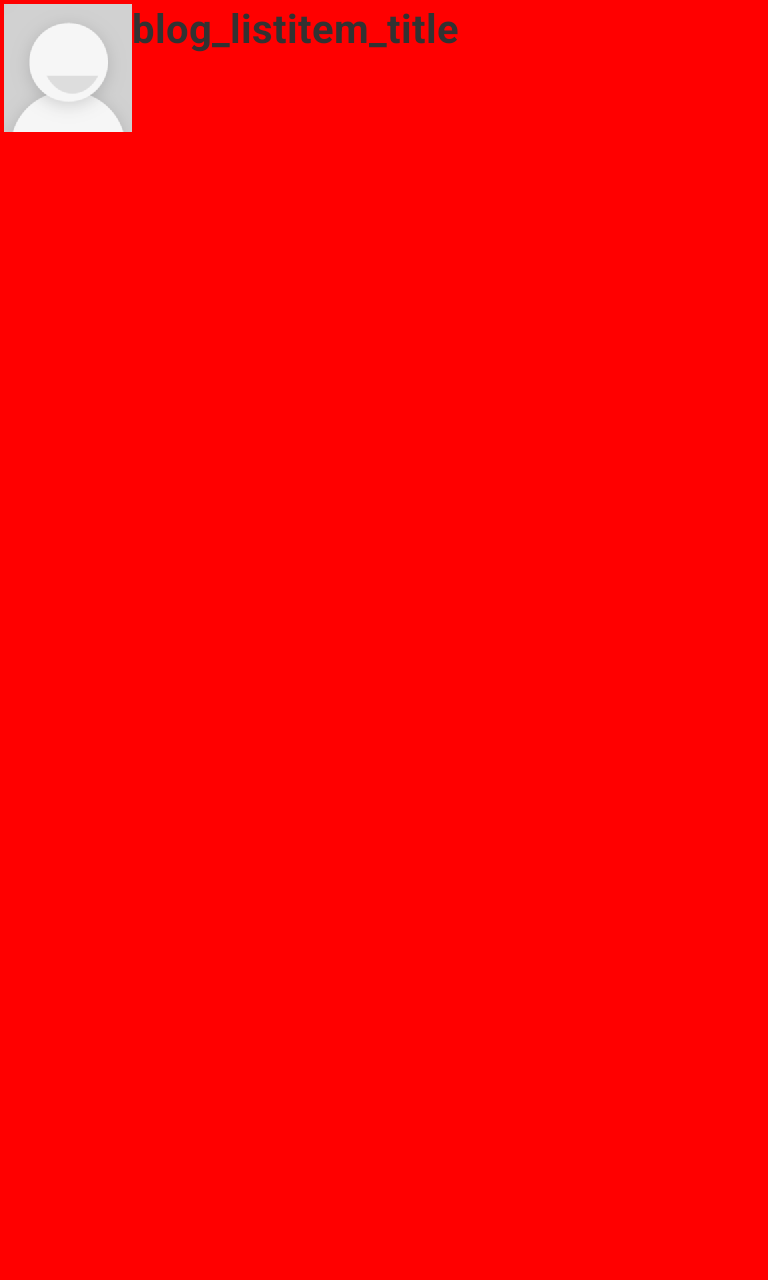
Repository: DeKaaskop/Android_1
Layout: Blogger_Inholland/res/layout/blog_listitem.xml
The author's editor kept a copy of each file at every save. The layout is drawn from the files as they stood at one save, then again after the next save.
It is drawn on a 768 x 1280 px phone screen (xhdpi) without system bars, with theme AppTheme; the app's code is not run. The app's manifest (not shown) leaves right-to-left support off. So textAlignment, textDirection and layoutDirection are ignored, and left and right values win over start and end ones.

Above is the layout before, as saved 2015-01-26 21:56:29.

After the next save:
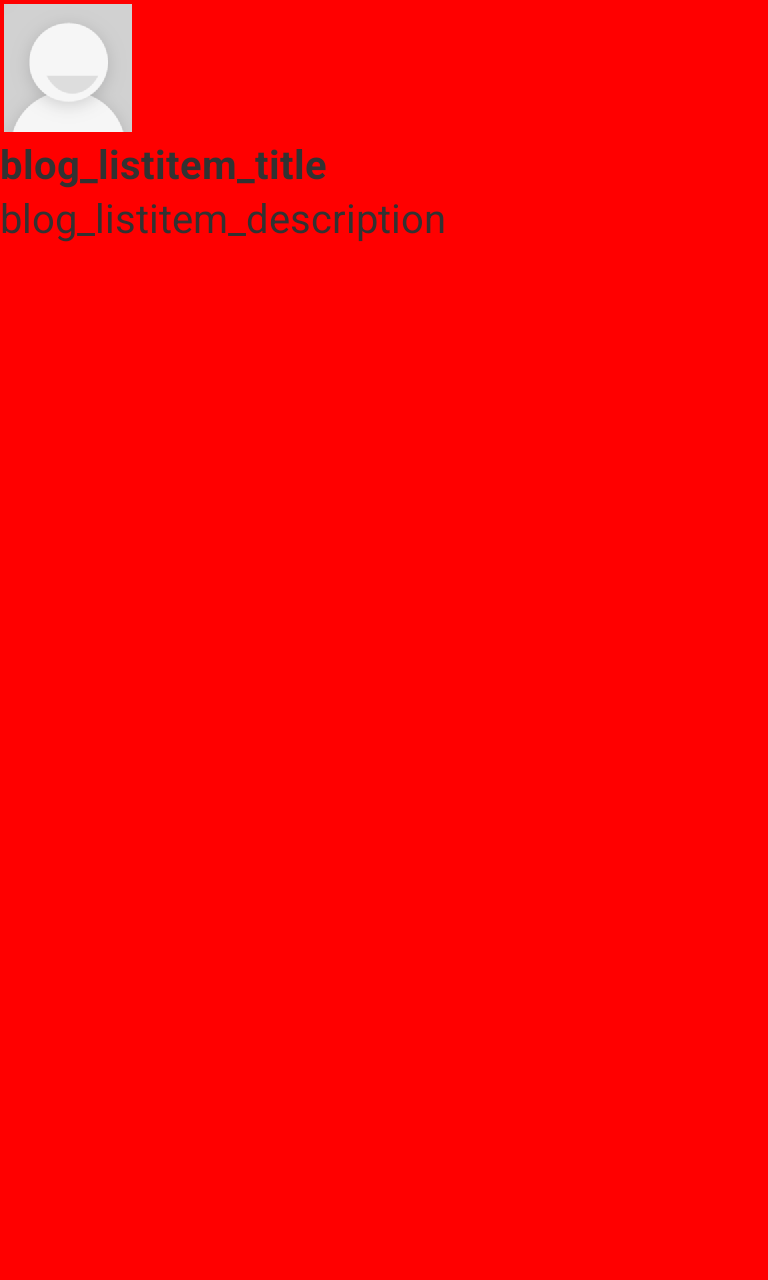
Saved 50 s later.
--- a/Blogger_Inholland/res/layout/blog_listitem.xml
+++ b/Blogger_Inholland/res/layout/blog_listitem.xml
@@ -4,7 +4,7 @@
     android:layout_width="match_parent"
     android:layout_height="wrap_content"
     android:background="#FF0000"
-    android:orientation="horizontal" >
+    android:orientation="vertical" >
 
     <ImageView
         android:id="@+id/blog_listitem_image"
